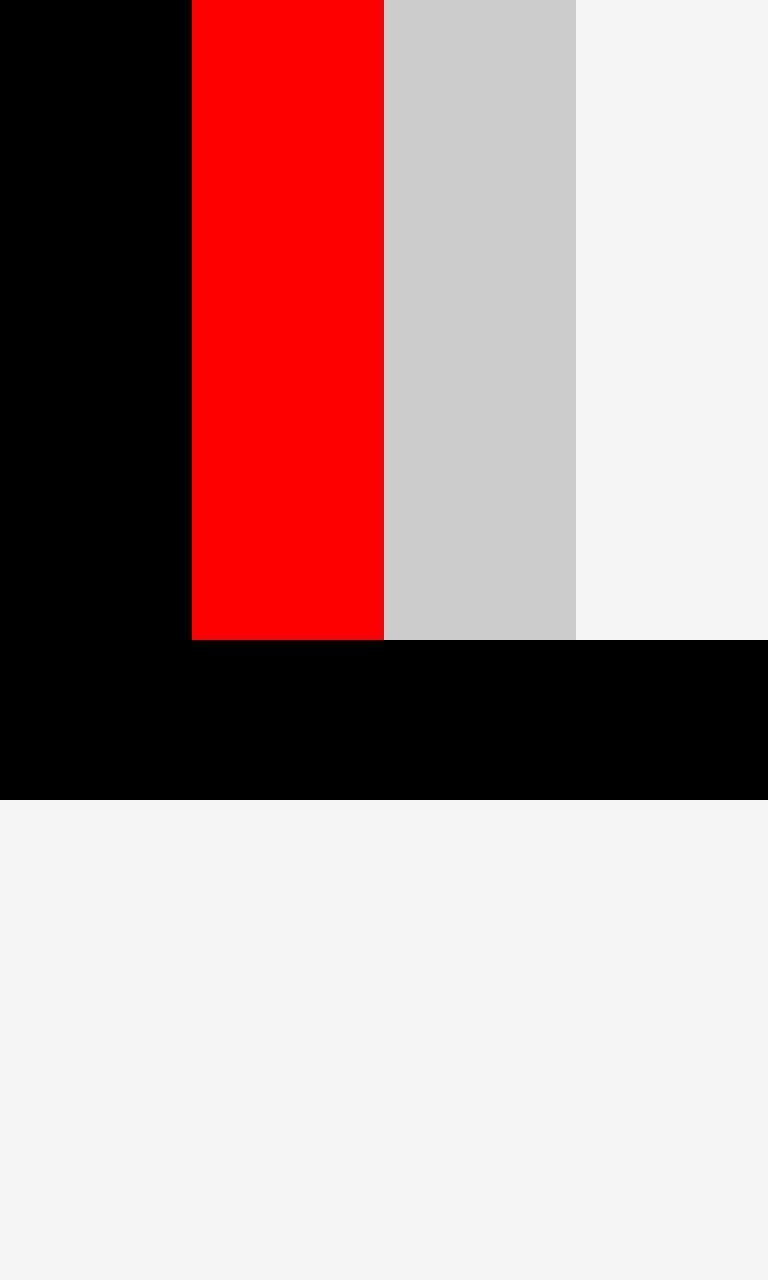
Repository: qwer2714856/Android_learn
Layout: linearylayout/res/layout/activity_main.xml
The author's editor kept a copy of each file at every save. The layout is drawn from the files as they stood at one save, then again after the next save.
It is drawn on a 768 x 1280 px phone screen (xhdpi) without system bars, with theme AppTheme; the app's code is not run.

Above is the layout before, as saved 2015-09-28 08:43:15.

After the next save:
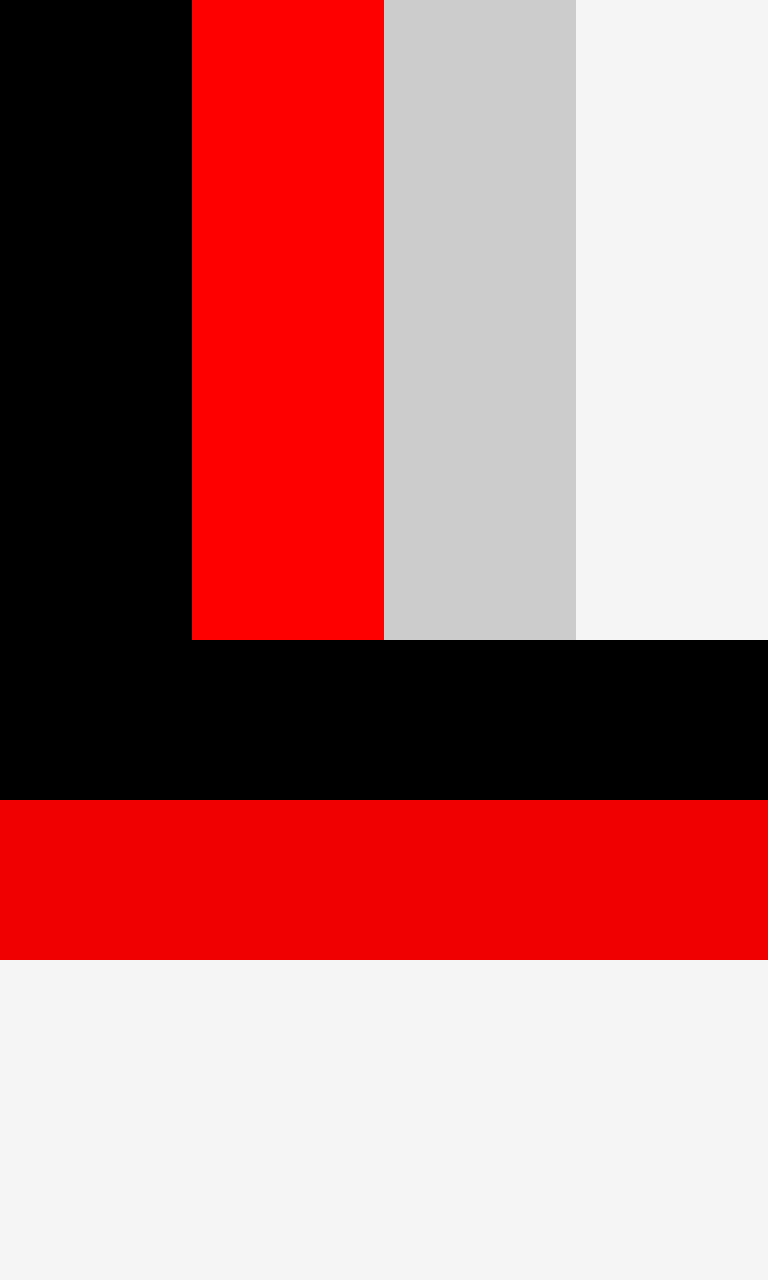
Saved 13 s later.
--- a/linearylayout/res/layout/activity_main.xml
+++ b/linearylayout/res/layout/activity_main.xml
@@ -62,7 +62,7 @@
             android:layout_width="match_parent"
             android:layout_height="0dp"
             android:layout_weight="1"
-             android:background="#f5f5f5"
+             android:background="#f00000"
             />
         <TextView
             android:layout_width="match_parent"
